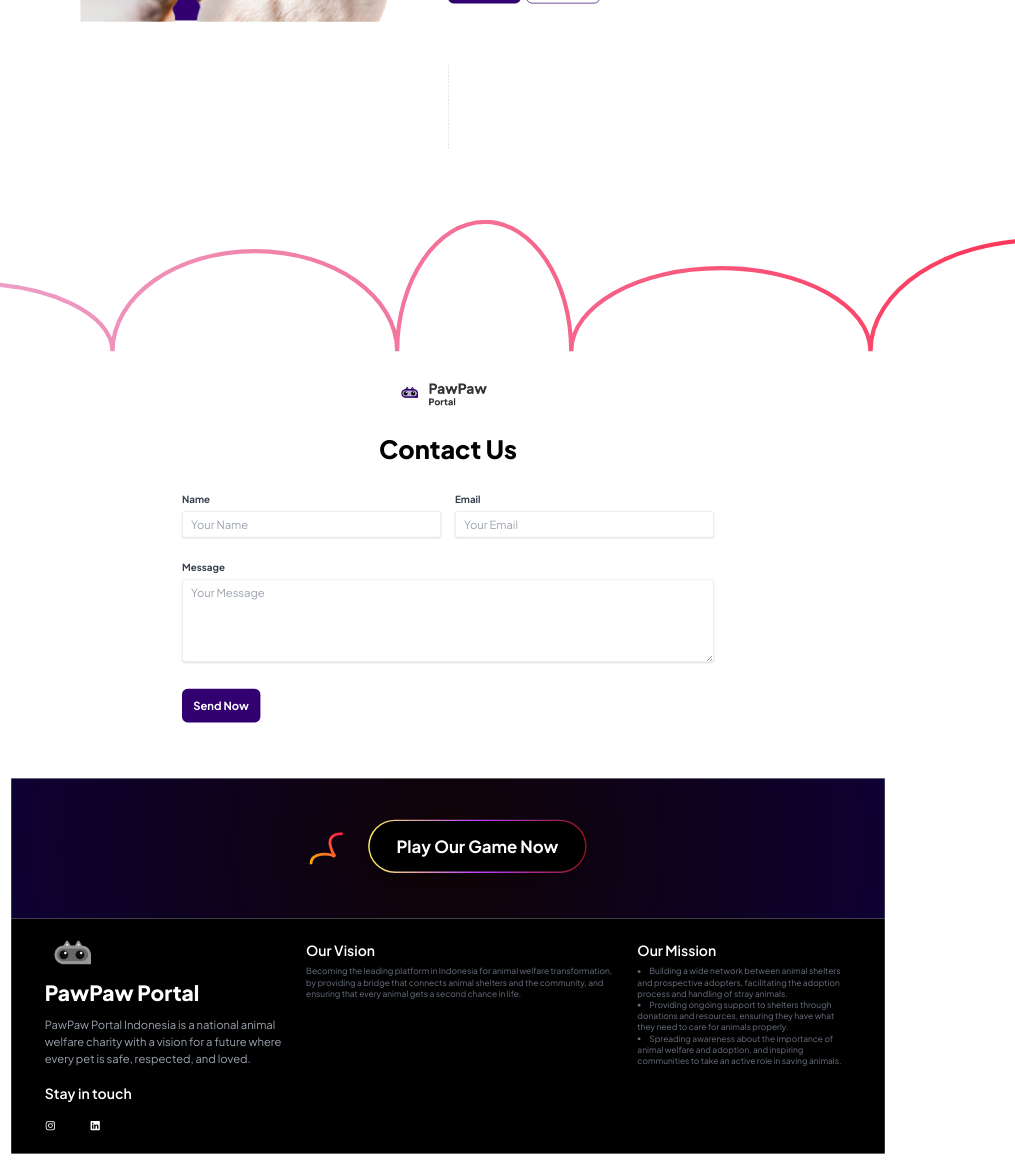
Repository: paskasiregar/pawpawwebsite
Page: /
The author's editor kept a copy of each file at every save. The page is drawn from the files as they stood at one save, then again after the next save.
The browser window is 1280 px wide. The page is 1450 px wide, so the pictures cover 1450 px, including what lies to the right of the window. The pictures show the part of the page from y = 1530 to 3210 px (the page is 3210 px tall), at 70% of full size.
The project was rebuilt for these pictures with package versions that can differ from the ones it lists, and the page was loaded fresh each time. The framework's server and built-in components were replaced by stand-ins that run in the browser. Also part of the build but not shown: next.config.js, next.config.mjs.

Above is the page before, as saved 2024-07-31 20:13:10.

### src/app/layout.js
import { Inter } from "next/font/google";
import "./globals.css";

const inter = Inter({ subsets: ["latin"] });

export const metadata = {
  title: "PawPaw Portal | Your One-Stop Shelter",
  description: "Your One-Stop Shelter",
};

export default function RootLayout({ children }) {
  return (
    <html lang="en">
      <body className={inter.className}>{children}</body>
    </html>
  );
}

### src/app/globals.css
@import url("https://fonts.googleapis.com/css2?family=Plus+Jakarta+Sans:wght@400;600;700;800&display=swap");

@tailwind base;
@tailwind components;
@tailwind utilities;

body {
  font-family: "Plus Jakarta Sans", sans-serif;
}

.hero-bg {
  display: flex;
  background: radial-gradient(
    circle,
    rgb(204, 188, 230) 10%,
    rgb(255, 255, 255) 50%
  );
}

.cta-container {
  display: flex;
  justify-content: center;
  align-items: center;
  position: relative;
  background: radial-gradient(circle, rgb(14, 4, 4) 0%, rgb(14, 1, 51) 100%);
  padding: 20px;
  gap: 20px;
  min-height: 200px;
}

.cta-button {
  display: inline-block;
  padding: 20px 40px;
  font-size: 24px;
  font-weight: bold;
  color: white;
  background: black;
  border-radius: 40px;
  position: relative;
  z-index: 1;
  overflow: hidden;
  transition: all 0.3s ease;
  text-align: center;
}

.cta-button::before {
  content: "";
  position: absolute;
  top: -2px;
  left: -2px;
  right: -2px;
  bottom: -2px;
  background: linear-gradient(
    90deg,
    rgb(255, 244, 97) 0%,
    rgb(187, 61, 255) 50%,
    rgb(142, 23, 23) 100%
  );
  z-index: -1;
  border-radius: inherit;
}

.cta-button::after {
  content: "";
  position: absolute;
  top: 2px;
  left: 2px;
  right: 2px;
  bottom: 2px;
  background: black;
  z-index: -1;
  border-radius: inherit;
}

.cta-button:hover {
  color: rgb(237, 246, 133);
  background: white;
}

.footer-bg {
  background: radial-gradient(circle, rgb(14, 4, 4) 0%, rgb(14, 1, 51) 100%);
  color: white;
  text-align: center;
  padding: 20px;
}

.centeredcontainer {
  width: 100vw;
  height: auto;
}

.main-container {
  width: 100%;
  max-width: 1200px;
  margin: 0 auto;
  padding: 0 20px;
}
.header-content {
  display: flex;
  flex-direction: row;
  align-items: center;
  justify-content: space-between;
}

.header-logo-button {
  display: flex;
  flex-direction: row;
  align-items: center;
  gap: 16px; /* Adjust spacing as needed */
}

html {
  scroll-behavior: smooth;
}

### src/components/contact.jsx
import React from "react";
import PrimaryButton from "@/components/primaryButton";
import NameInput from "./nameInput";
import EmailInput from "./emailInput";
import MessageInput from "./mesageInput";
import Image from "next/image";
import logoHeaderImage from "../assets/banner-10.png";

export const Contact = () => {
  return (
    <div className="font-plus-jakarta flex flex-col items-center justify-center py-16 px-4 md:px-[200px] gap-[40px] text-29xl">
      <div className="flex justify-start items-start">
        <svg
          width="1620"
          height="188"
          viewBox="0 0 1620 188"
          fill="none"
          xmlns="http://www.w3.org/2000/svg"
        >
          <path
            d="M1891 188C1891 100.375 1784.67 29.342 1653.5 29.342C1522.34 29.342 1413.53 100.375 1413.53 188C1413.53 122.37 1317.84 69.158 1199.78 69.158C1081.72 69.158 986.029 122.362 986.029 188C986.029 85.8274 930.825 3 862.735 3C794.645 3 737.369 85.8274 737.369 188C737.369 108.853 646.33 44.6865 534.029 44.6865C421.728 44.6865 330.689 108.853 330.689 188C330.689 134.381 239.649 90.9105 127.349 90.9105C15.0481 90.9105 -76 134.381 -76 188"
            stroke="url(#paint0_linear_545_35799)"
            strokeWidth="6"
            strokeMiterlimit="10"
            strokeLinejoin="bevel"
          />
          <defs>
            <linearGradient
              id="paint0_linear_545_35799"
              x1="-84.5283"
              y1="91.1699"
              x2="1899.52"
              y2="91.1699"
              gradientUnits="userSpaceOnUse"
            >
              <stop offset="0.0224" stopColor="#EBADD7" />
              <stop offset="1" stopColor="#FF2445" />
            </linearGradient>
          </defs>
        </svg>
      </div>
      <Image
        className="w-36 h-10 object-cover"
        alt="Logo"
        src={logoHeaderImage}
        width={120}
        height={20}
      />
      <div className="text-4xl font-extrabold">Contact Us</div>
      <form
        className="w-full"
        method="post"
        action="https://app.loops.so/api/newsletter-form/clz9rq48z01amjpqi0c3xlk3z"
      >
        <div className="w-full flex flex-col items-start gap-[16px] text-base text-light-l800 font-regular-reg-2">
          <div className="w-full flex flex-col md:flex-row gap-[20px]">
            <div className="w-full md:w-1/2">
              <label
                htmlFor="name"
                className="w-full block text-sm font-medium text-gray-700"
              ></label>
              <NameInput className="w-full" id="name" name="name" />
            </div>
            <div className="w-full md:w-1/2">
              <label
                htmlFor="email"
                className="block text-sm font-medium text-gray-700"
              ></label>
              <EmailInput className="w-full" id="email" name="email" />
            </div>
          </div>
          <div className="w-full">
            <label
              htmlFor="message"
              className="block text-sm font-medium text-gray-700"
            ></label>
            <MessageInput className="w-full" id="message" name="message" />
          </div>
        </div>
        <div className="mt-4">
          <PrimaryButton type="submit">Send Now</PrimaryButton>
        </div>
      </form>
    </div>
  );
};

export default Contact;

### src/components/divider.jsx
export const Divider = () => {
  return (
    <div className="self-stretch h-[195px] flex flex-row items-center justify-center py-16 px-[130px] box-border">
      <div className="w-px relative box-border h-[121px] border-r-[1px] border-dashed border-gray-300" />
    </div>
  );
};

### src/components/footer.jsx
import Link from "next/link";
import React from "react";
import Image from "next/image";
import logoFooterImage from "../assets/inverse.png";

export const Footer = () => {
  return (
    <div className="font-plus-jakarta w-full flex bg-black">
      <div className="font-plus-jakarta w-full flex flex-col items-center bg-black py-8 px-4">
        <div className="max-w-6xl w-full mx-auto space-y-6">
          {/* Footer Header */}
          <div className="flex flex-col md:flex-row items-center md:items-start md:justify-between mb-6">
            <div className="space-y-4">
              <Image
                className="w-20 h-10 object-cover"
                alt="Logo"
                src={logoFooterImage}
                width={80}
                height={80}
              />
              <div className="space-y-4">
                <div className="text-white text-3xl font-extrabold">
                  PawPaw Portal
                </div>
                <p className="text-med text-gray-400">
                  PawPaw Portal Indonesia is a national animal welfare charity
                  with a vision for a future where every pet is safe, respected,
                  and loved.
                </p>
              </div>
            </div>

            {/* Vision and Mission */}
            <div className="flex flex-col md:flex-row mt-4 md:mt-0 space-y-4 md:space-y-0 md:space-x-8">
              <div className="space-y-2">
                <div className="font-semibold text-xl text-white">
                  Our Vision
                </div>
                <div className="text-xs text-gray-500">
                  Becoming the leading platform in Indonesia for animal welfare
                  transformation, by providing a bridge that connects animal
                  shelters and the community, and ensuring that every animal
                  gets a second chance in life.
                </div>
              </div>
              <div className="space-y-2">
                <div className="font-semibold text-xl text-white">
                  Our Mission
                </div>
                <div className="text-xs text-gray-500">
                  <ol className="list-inside list-disc">
                    <li>
                      Building a wide network between animal shelters and
                      prospective adopters, facilitating the adoption process
                      and handling of stray animals.
                    </li>
                    <li>
                      Providing ongoing support to shelters through donations
                      and resources, ensuring they have what they need to care
                      for animals properly.
                    </li>
                    <li>
                      Spreading awareness about the importance of animal welfare
                      and adoption, and inspiring communities to take an active
                      role in saving animals.
                    </li>
                  </ol>
                </div>
              </div>
            </div>
          </div>
          {/* social media */}
          <div className="text-xl font-semibold mb-4 text-white">
            Stay in touch
          </div>
          <div className="flex space-x-4">
            <Link href="https://www.instagram.com/pawpawportal">
              <svg
                xmlns="http://www.w3.org/2000/svg"
                width="1em"
                height="1em"
                viewBox="0 0 24 24"
              >
                <path
                  fill="white"
                  d="M17.34 5.46a1.2 1.2 0 1 0 1.2 1.2a1.2 1.2 0 0 0-1.2-1.2m4.6 2.42a7.59 7.59 0 0 0-.46-2.43a4.94 4.94 0 0 0-1.16-1.77a4.7 4.7 0 0 0-1.77-1.15a7.3 7.3 0 0 0-2.43-.47C15.06 2 14.72 2 12 2s-3.06 0-4.12.06a7.3 7.3 0 0 0-2.43.47a4.78 4.78 0 0 0-1.77 1.15a4.7 4.7 0 0 0-1.15 1.77a7.3 7.3 0 0 0-.47 2.43C2 8.94 2 9.28 2 12s0 3.06.06 4.12a7.3 7.3 0 0 0 .47 2.43a4.7 4.7 0 0 0 1.15 1.77a4.78 4.78 0 0 0 1.77 1.15a7.3 7.3 0 0 0 2.43.47C8.94 22 9.28 22 12 22s3.06 0 4.12-.06a7.3 7.3 0 0 0 2.43-.47a4.7 4.7 0 0 0 1.77-1.15a4.85 4.85 0 0 0 1.16-1.77a7.59 7.59 0 0 0 .46-2.43c0-1.06.06-1.4.06-4.12s0-3.06-.06-4.12M20.14 16a5.61 5.61 0 0 1-.34 1.86a3.06 3.06 0 0 1-.75 1.15a3.19 3.19 0 0 1-1.15.75a5.61 5.61 0 0 1-1.86.34c-1 .05-1.37.06-4 .06s-3 0-4-.06a5.73 5.73 0 0 1-1.94-.3a3.27 3.27 0 0 1-1.1-.75a3 3 0 0 1-.74-1.15a5.54 5.54 0 0 1-.4-1.9c0-1-.06-1.37-.06-4s0-3 .06-4a5.54 5.54 0 0 1 .35-1.9A3 3 0 0 1 5 5a3.14 3.14 0 0 1 1.1-.8A5.73 5.73 0 0 1 8 3.86c1 0 1.37-.06 4-.06s3 0 4 .06a5.61 5.61 0 0 1 1.86.34a3.06 3.06 0 0 1 1.19.8a3.06 3.06 0 0 1 .75 1.1a5.61 5.61 0 0 1 .34 1.9c.05 1 .06 1.37.06 4s-.01 3-.06 4M12 6.87A5.13 5.13 0 1 0 17.14 12A5.12 5.12 0 0 0 12 6.87m0 8.46A3.33 3.33 0 1 1 15.33 12A3.33 3.33 0 0 1 12 15.33"
                />
              </svg>
            </Link>
            <Link href="https://twitter.com/pawpawportal">
              <svg
                xmlns="http://www.w3.org/2000/svg"
                width="1em"
                height="1em"
                viewBox="0 0 24 24"
              >
                <g fill="white">
                  <path d="M1 2h2.5L3.5 2h-2.5z">
                    <animate
                      fill="freeze"
                      attributeName="d"
                      dur="0.4s"
                      values="M1 2h2.5L3.5 2h-2.5z;M1 2h2.5L18.5 22h-2.5z"
                    />
                  </path>
                  <path d="M5.5 2h2.5L7.2 2h-2.5z">
                    <animate
                      fill="freeze"
                      attributeName="d"
                      dur="0.4s"
                      values="M5.5 2h2.5L7.2 2h-2.5z;M5.5 2h2.5L23 22h-2.5z"
                    />
                  </path>
                  <path d="M3 2h5v0h-5z" opacity="0">
                    <set attributeName="opacity" begin="0.4s" to="1" />
                    <animate
                      fill="freeze"
                      attributeName="d"
                      begin="0.4s"
                      dur="0.4s"
                      values="M3 2h5v0h-5z;M3 2h5v2h-5z"
                    />
                  </path>
                  <path d="M16 22h5v0h-5z" opacity="0">
                    <set attributeName="opacity" begin="0.4s" to="1" />
                    <animate
                      fill="freeze"
                      attributeName="d"
                      begin="0.4s"
                      dur="0.4s"
                      values="M16 22h5v0h-5z;M16 22h5v-2h-5z"
                    />
                  </path>
                  <path d="M18.5 2h3.5L22 2h-3.5z" opacity="0">
                    <set attributeName="opacity" begin="0.5s" to="1" />
                    <animate
                      fill="freeze"
                      attributeName="d"
                      begin="0.5s"
                      dur="0.4s"
                      values="M18.5 2h3.5L22 2h-3.5z;M18.5 2h3.5L5 22h-3.5z"
                    />
                  </path>
                </g>
              </svg>
            </Link>
            <Link href="https://www.linkedin.com/company/pawpawportal">
              <svg
                xmlns="http://www.w3.org/2000/svg"
                width="1em"
                height="1em"
                viewBox="0 0 24 24"
              >
                <path
                  fill="white"
                  d="M20.47 2H3.53a1.45 1.45 0 0 0-1.47 1.43v17.14A1.45 1.45 0 0 0 3.53 22h16.94a1.45 1.45 0 0 0 1.47-1.43V3.43A1.45 1.45 0 0 0 20.47 2M8.09 18.74h-3v-9h3ZM6.59 8.48a1.56 1.56 0 1 1 0-3.12a1.57 1.57 0 1 1 0 3.12m12.32 10.26h-3v-4.83c0-1.21-.43-2-1.52-2A1.65 1.65 0 0 0 12.85 13a2 2 0 0 0-.1.73v5h-3v-9h3V11a3 3 0 0 1 2.71-1.5c2 0 3.45 1.29 3.45 4.06Z"
                />
              </svg>
            </Link>
          </div>
        </div>
      </div>
    </div>
  );
};

export default Footer;

### src/components/header.jsx
import Link from "next/link";
import PrimaryButton from "@/components/primaryButton";
import React from "react";
import Image from "next/image";
import logoHeaderImage from "../assets/banner-10.png";

export const Header = () => {
  return (
    <div className="font-plus-jakarta w-full flex flex-col items-center justify-center text-left text-gray-500">
      <div className="self-stretch bg-white flex flex-col items-center justify-center text-sm">
        <div className="w-full header-content p-2.5 box-border">
          <Link href="/">
            <Image
              className="w-36 h-10 object-cover"
              alt="Logo"
              src={logoHeaderImage}
              width={120}
              height={20}
            />
          </Link>
          <div className="hidden md:flex flex-row items-center justify-center gap-8">
            <div>
              <Link href="#how-it-works">How It Works</Link>
            </div>
            <div>
              <Link href="#about-us">About Us</Link>
            </div>
          </div>
          <div className="header-logo-button">
            <PrimaryButton>Be Our Hero Today!</PrimaryButton>
          </div>
        </div>
      </div>
    </div>
  );
};

export default Header;

### src/components/CTA.jsx
import React from "react";
import Link from "next/link";

const CTA = () => {
  return (
    <div className="cta-container font-plus-jakarta p-4 md:p-8 flex flex-col md:flex-row items-center justify-center">
      <svg
        className="cta-decoration mb-4 md:mb-0 md:mr-4"
        width="48"
        height="46"
        viewBox="0 0 48 46"
        fill="none"
        xmlns="http://www.w3.org/2000/svg"
      >
        <path
          d="M2 46C2 27.296 29.551 30.0086 36.5736 34.5625C36.5736 34.5625 14.4611 2 47.5714 2"
          stroke="url(#cta_gradient)"
          strokeWidth="3.92857"
          strokeMiterlimit="10"
          strokeLinejoin="bevel"
        />
        <defs>
          <linearGradient
            id="cta_gradient"
            x1="37.3571"
            y1="2"
            x2="7.5"
            y2="46"
            gradientUnits="userSpaceOnUse"
          >
            <stop stopColor="#FF2445" />
            <stop offset="1" stopColor="#F5AB0E" />
          </linearGradient>
        </defs>
      </svg>
      <Link href="/game">
        <div className="cta-button text-center bg-gradient-to-r from-orange-500 to-pink-500 text-white font-bold py-2 px-4 rounded-lg shadow-lg cursor-pointer">
          Play Our Game Now
        </div>
      </Link>
    </div>
  );
};

export default CTA;

### src/components/primaryButton.jsx
import React from "react";

const PrimaryButton = ({ children, onClick }) => {
  return (
    <button
      className="self-stretch  bg-inherit-320071 hover:bg-blue-700 text-white font-bold px-4 py-3 rounded-lg"
      onClick={onClick}
    >
      {children}
    </button>
  );
};

export default PrimaryButton;

### src/components/secButton.jsx
import React from "react";

const SecButton = ({ children, onClick }) => {
  return (
    <button
      className="bg-white border border-inherit-320071 text-inherit-320071 font-bold py-2 px-4 rounded-lg"
      onClick={onClick}
    >
      {children}
    </button>
  );
};

export default SecButton;

### src/components/nameInput.jsx
import React from "react";

const NameInput = ({ value, onChange }) => {
  return (
    <div className="mb-4">
      <label
        className="block text-gray-700 text-sm font-bold mb-2"
        htmlFor="name"
      >
        Name
      </label>
      <input
        id="name"
        type="text"
        value={value}
        onChange={onChange}
        className="shadow appearance-none border rounded w-full py-2 px-3 text-gray-700 leading-tight focus:outline-none focus:shadow-outline"
        placeholder="Your Name"
      />
    </div>
  );
};

export default NameInput;

### src/components/emailInput.jsx
import React from "react";

const EmailInput = ({ value, onChange }) => {
  return (
    <div className="mb-4">
      <label
        className="block text-gray-700 text-sm font-bold mb-2"
        htmlFor="email"
      >
        Email
      </label>
      <input
        id="email"
        type="email"
        value={value}
        onChange={onChange}
        className="shadow appearance-none border rounded w-full py-2 px-3 text-gray-700 leading-tight focus:outline-none focus:shadow-outline"
        placeholder="Your Email"
      />
    </div>
  );
};

export default EmailInput;

### src/components/mesageInput.jsx
import React from "react";

const MessageInput = ({ value, onChange }) => {
  return (
    <div className="mb-4">
      <label
        className="block text-gray-700 text-sm font-bold mb-2"
        htmlFor="message"
      >
        Message
      </label>
      <textarea
        id="message"
        value={value}
        onChange={onChange}
        className="shadow appearance-none border rounded w-full py-2 px-3 text-gray-700 leading-tight focus:outline-none focus:shadow-outline"
        placeholder="Your Message"
        rows="5"
      />
    </div>
  );
};

export default MessageInput;

Loaded but not shown: src/app/page.js (128 lines, source omitted); tailwind.config.js (24 lines, source omitted); src/components/hero.jsx (211 lines, source omitted)

After the next save:
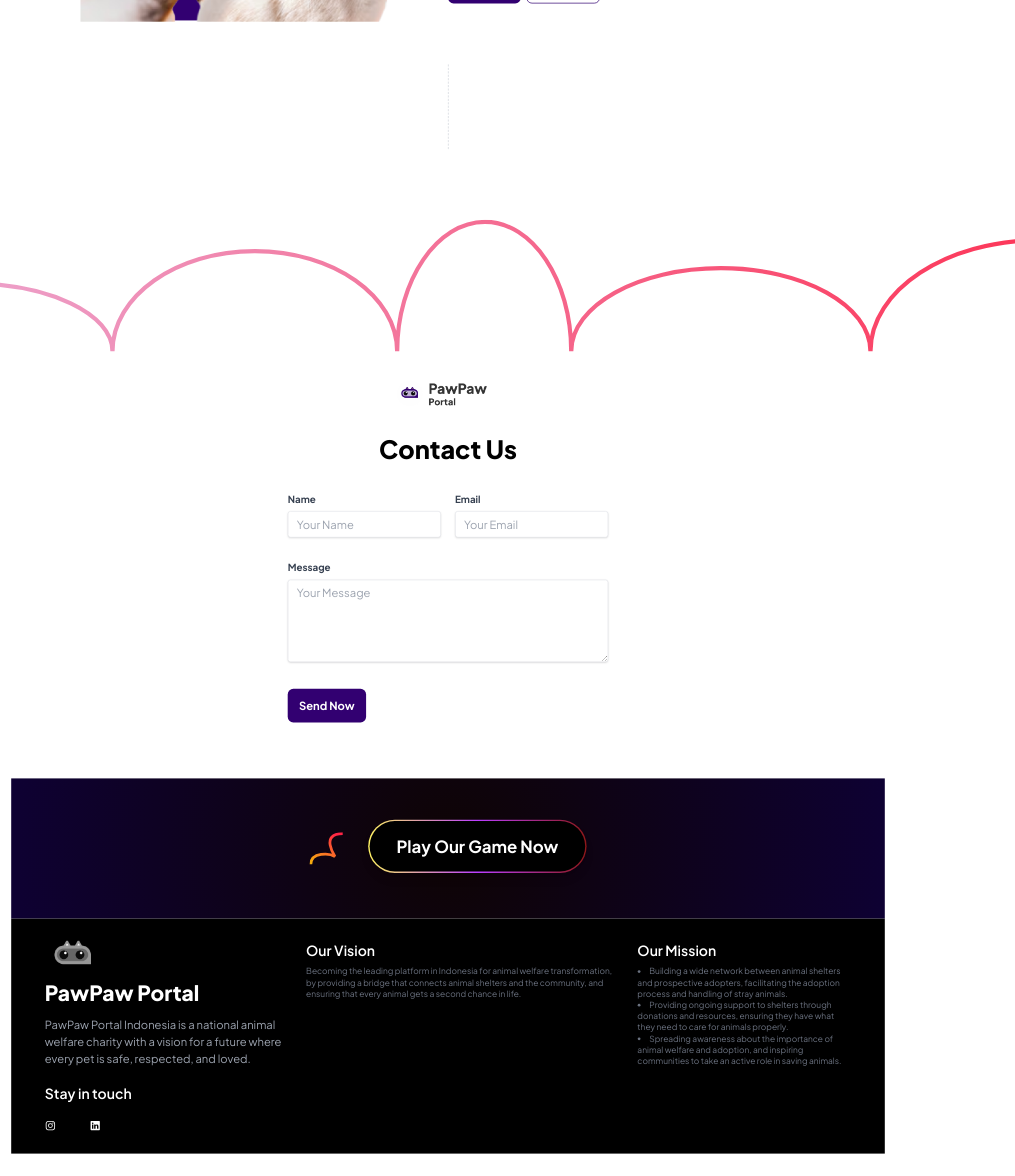
Saved 76 min 33 s later.
--- a/src/components/contact.jsx
+++ b/src/components/contact.jsx
@@ -47,11 +47,7 @@ export const Contact = () => {
         height={20}
       />
       <div className="text-4xl font-extrabold">Contact Us</div>
-      <form
-        className="w-full"
-        method="post"
-        action="https://app.loops.so/api/newsletter-form/clz9rq48z01amjpqi0c3xlk3z"
-      >
+      <form action="https://formspree.io/f/xwpeooor" method="POST">
         <div className="w-full flex flex-col items-start gap-[16px] text-base text-light-l800 font-regular-reg-2">
           <div className="w-full flex flex-col md:flex-row gap-[20px]">
             <div className="w-full md:w-1/2">
@@ -59,14 +55,19 @@ export const Contact = () => {
                 htmlFor="name"
                 className="w-full block text-sm font-medium text-gray-700"
               ></label>
-              <NameInput className="w-full" id="name" name="name" />
+              <NameInput className="w-full" id="name" name="name" type="text" />
             </div>
             <div className="w-full md:w-1/2">
               <label
                 htmlFor="email"
                 className="block text-sm font-medium text-gray-700"
               ></label>
-              <EmailInput className="w-full" id="email" name="email" />
+              <EmailInput
+                className="w-full"
+                id="email"
+                name="email"
+                type="email"
+              />
             </div>
           </div>
           <div className="w-full">
